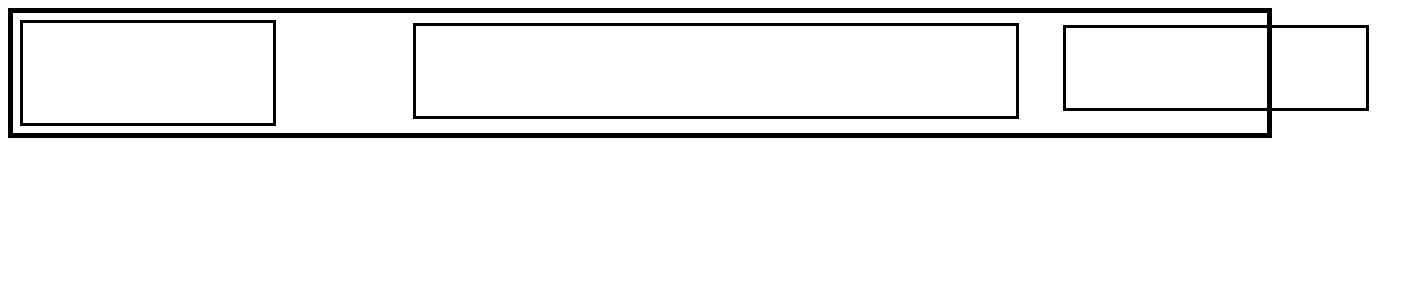
Repository: cartervandekamp/htmlstructure.mdia2003
Page: htmlstructure-psd/index.html
The author's editor kept a copy of each file at every save. The page is drawn from the files as they stood at one save, then again after the next save.
The browser window is 1280 px wide. The page is 1369 px wide, then 1409 px, so the pictures cover 1409 px, including what lies to the right of the window. The pictures show the whole page.

Above is the page before, as saved 2023-01-16 18:07:08.

After the next save:
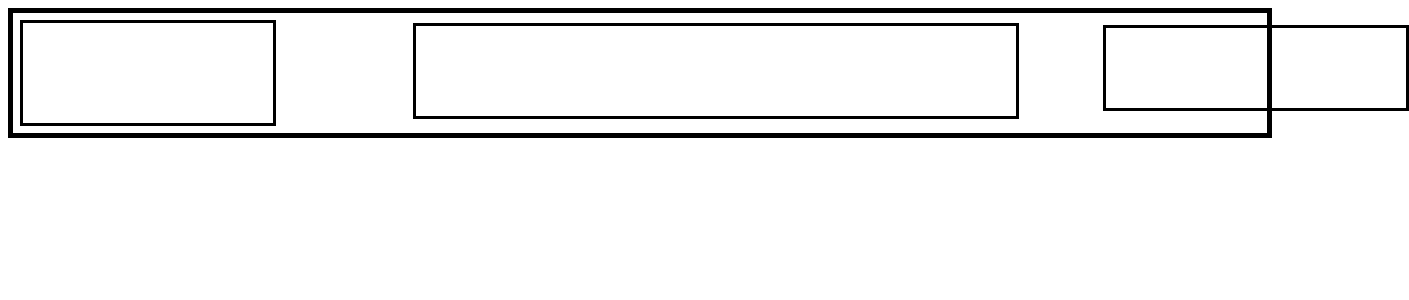
Saved 8 s later.
--- a/htmlstructure-psd/style.css
+++ b/htmlstructure-psd/style.css
@@ -34,6 +34,6 @@ body {
     border-style: solid;
     border-color: black;
     align-items: center;
-    margin-left: 1050px;
+    margin-left: 1090px;
     margin-top: -94px;
 }
